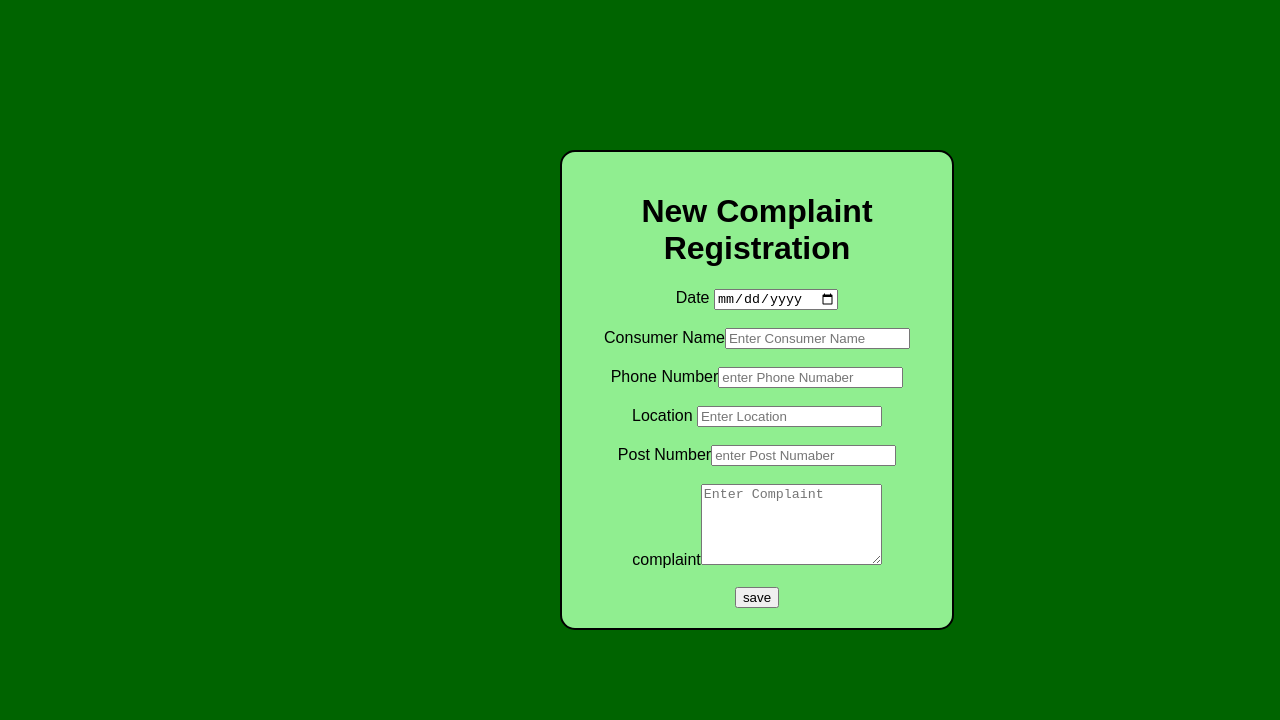
Repository: Jobinte/KSEB-PROJECT
Page: KSEB-complaint-management/WebContent/complaintRegistration.html
An editor plug-in stored every save of this project. The page is shown before and after the next save, followed by the edit.
The browser window is 1280 px wide. The pictures show the whole page.

Above is the page before, as saved 2023-11-22 07:56:20.

After the next save:
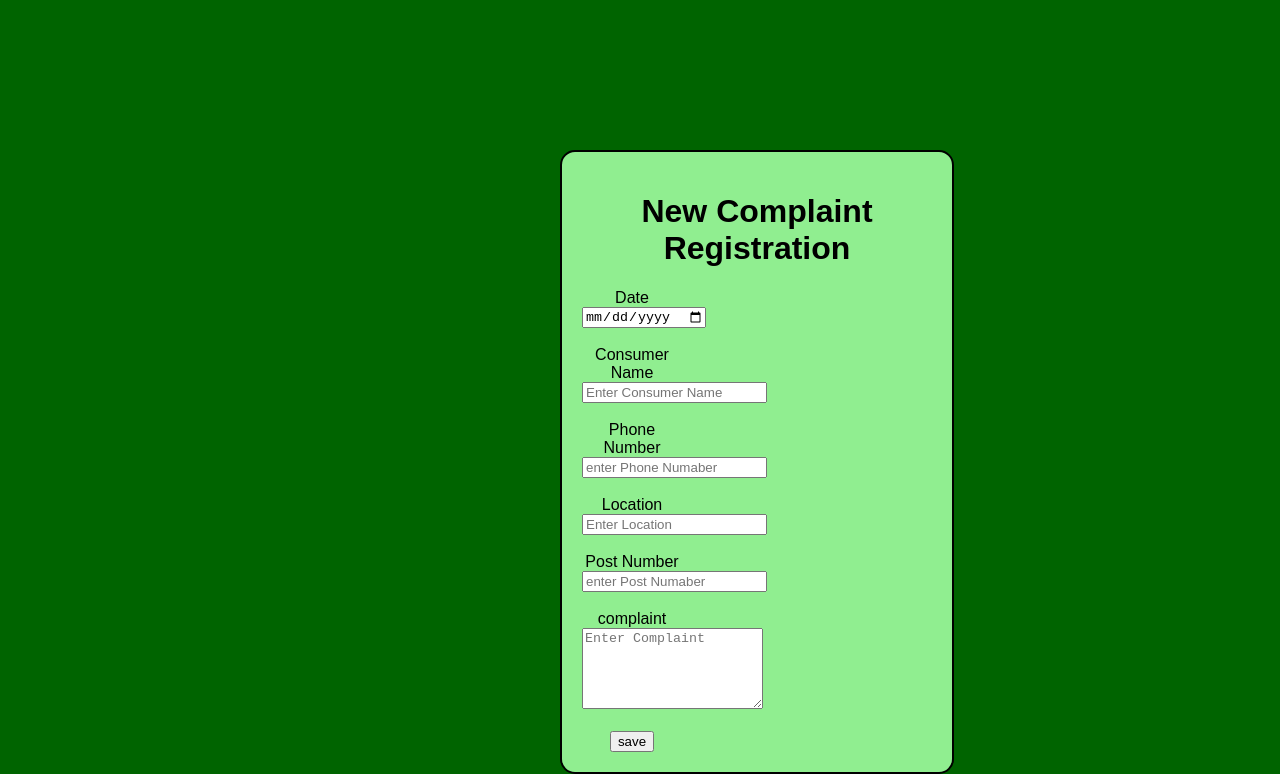
Saved 67 s later.
--- a/KSEB-complaint-management/WebContent/css/complaitReg.css
+++ b/KSEB-complaint-management/WebContent/css/complaitReg.css
@@ -28,4 +28,7 @@
 }
  .demo{
  diplay:inline-block;
+ width:100px;
+ margin-top:10px;
+
  }

After the save that followed:
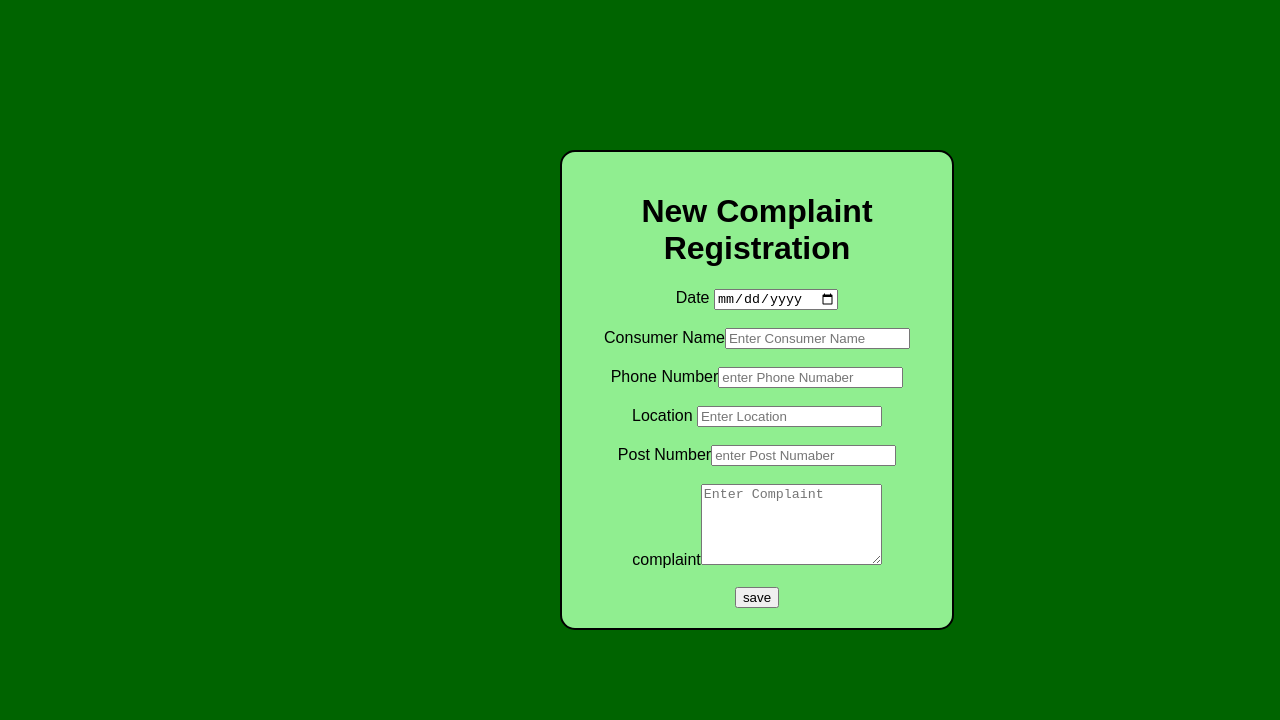
Saved 35 s later.
--- a/KSEB-complaint-management/WebContent/css/complaitReg.css
+++ b/KSEB-complaint-management/WebContent/css/complaitReg.css
@@ -27,8 +27,7 @@
 	text-align:center;
 }
  .demo{
- diplay:inline-block;
- width:100px;
- margin-top:10px;
+ diplay:inline;
+
 
  }
